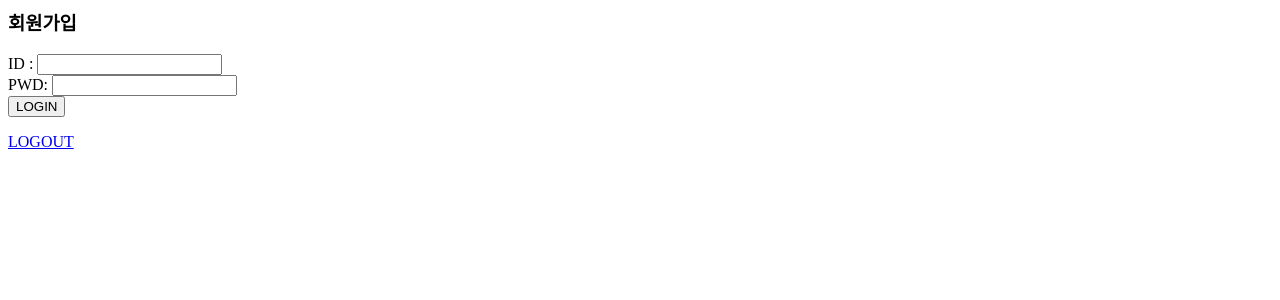
Repository: hrk09/JSPServlet
Page: http://localhost/edu/exam12.jsp
These files come from the project's save history. The page is drawn as it stood at one moment and after the next save; the edit follows.
The browser window is 1280 px wide. The pictures show the whole page.
The page is served by Tomcat 9. Nobody is signed in. The application's start-up code is not run.

Above is the page before, as saved 2022-07-01 05:05:39.

After the next save:
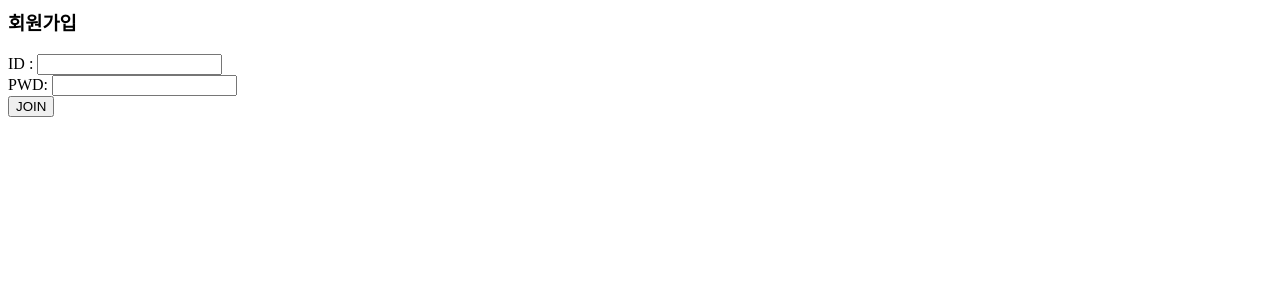
Saved 46 s later.
--- a/edu/WebContent/exam12.jsp
+++ b/edu/WebContent/exam12.jsp
@@ -6,7 +6,5 @@
 	<form action="exam11.jsp" method="post"> <!-- ID/PWD는 URL에 노출되면 안되므로 POST 방식으로 해야함 -->
 		ID : <input type="text" name="id"><br>
 		PWD: <input type="password" name="pwd"><br>
-		<input type="submit" value="LOGIN">
+		<input type="submit" value="JOIN">
 	</form>
-
-	<p><a href="logProc">LOGOUT</a></p>
